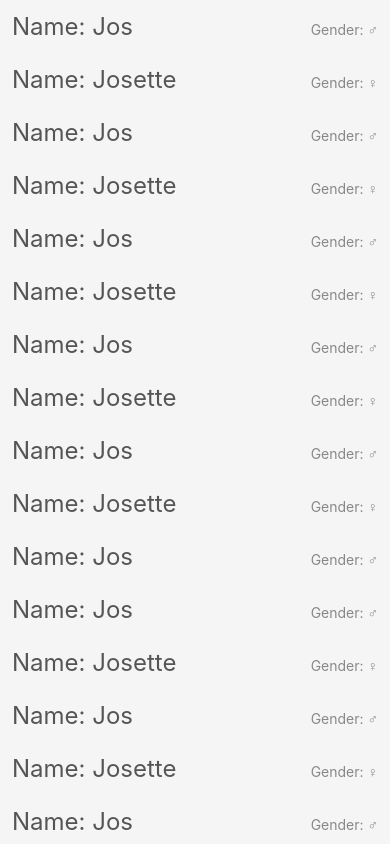
Repository: kfrancois/Bachelorproef-Apps
Screen: / (app in React Native/ListApp/.vscode/)
The author's editor kept a copy of each file at every save. The screen is drawn from the files as they stood at one save, then again after a run of saves.
An inner scrolling area shows only its first screen. The app was drawn by React Native's web renderer in a window 390 px wide. The project was rebuilt for these pictures with package versions that can differ from the ones it lists, and the page was loaded fresh each time.

Above is the screen before, as saved 2018-04-23 15:08:22.

### React Native/ListApp/.vscode/App.js
import React, { Component } from 'react';
import MyListView from './src/listView';

// type Props = {};
export default class App extends Component {
  render() {
    return <MyListView />;
  }
}

### React Native/ListApp/.vscode/src/listView.js
import React, { Component } from 'react';
import { View, FlatList, Text, SafeAreaView, StyleSheet } from 'react-native';
import items from './items';
import Row from './row';

export default class MyListView extends Component {
  render() {
    return (
      <SafeAreaView style={{ flex: 1, backgroundColor: 'whitesmoke' }}>
        <FlatList
          style={styles.idk}
          contentContainerStyle={styles.container}
          data={items}
          renderItem={data => {
            return <Row item={data.item} />;
          }}
        />
      </SafeAreaView>
    );
  }
}

const styles = StyleSheet.create({
  idk: {
    flex: 1,
    backgroundColor: 'whitesmoke'
  },
  container: {
    flexGrow: 1,
    justifyContent: 'space-between'
  },
  item: {
    padding: 10,
    fontSize: 18,
    height: 44
  }
});

### React Native/ListApp/.vscode/src/items.js
const items = [
  { key: '0', name: 'Jos', gender: '♂' },
  { key: '1', name: 'Josette', gender: '♀' },
  { key: '2', name: 'Jos', gender: '♂' },
  { key: '3', name: 'Josette', gender: '♀' },
  { key: '4', name: 'Jos', gender: '♂' },
  { key: '5', name: 'Josette', gender: '♀' },
  { key: '6', name: 'Jos', gender: '♂' },
  { key: '7', name: 'Josette', gender: '♀' },
  { key: '8', name: 'Jos', gender: '♂' },
  { key: '9', name: 'Josette', gender: '♀' },
  { key: '10', name: 'Jos', gender: '♂' },
  { key: '11', name: 'Jos', gender: '♂' },
  { key: '12', name: 'Josette', gender: '♀' },
  { key: '13', name: 'Jos', gender: '♂' },
  { key: '14', name: 'Josette', gender: '♀' },
  { key: '15', name: 'Jos', gender: '♂' },
  { key: '16', name: 'Josette', gender: '♀' },
  { key: '17', name: 'Jos', gender: '♂' },
  { key: '18', name: 'Josette', gender: '♀' },
  { key: '19', name: 'Jos', gender: '♂' },
  { key: '20', name: 'Josette', gender: '♀' },
  { key: '21', name: 'Jos', gender: '♂' },
  { key: '22', name: 'Josette', gender: '♀' },
  { key: '23', name: 'Jos', gender: '♂' },
  { key: '24', name: 'Josette', gender: '♀' },
  { key: '25', name: 'Jos', gender: '♂' },
  { key: '26', name: 'Josette', gender: '♀' },
  { key: '27', name: 'Jos', gender: '♂' },
  { key: '28', name: 'Josette', gender: '♀' },
  { key: '29', name: 'Jos', gender: '♂' },
  { key: '30', name: 'Josette', gender: '♀' },
  { key: '31', name: 'Jos', gender: '♂' },
  { key: '32', name: 'Josette', gender: '♀' },
  { key: '33', name: 'Jos', gender: '♂' },
  { key: '34', name: 'Josette', gender: '♀' },
  { key: '35', name: 'Jos', gender: '♂' },
  { key: '36', name: 'Josette', gender: '♀' },
  { key: '37', name: 'Jos', gender: '♂' },
  { key: '38', name: 'Josette', gender: '♀' },
  { key: '39', name: 'Jos', gender: '♂' },
  { key: '40', name: 'Josette', gender: '♀' },
  { key: '41', name: 'Jos', gender: '♂' },
  { key: '42', name: 'Josette', gender: '♀' },
];

export default items;

### React Native/ListApp/.vscode/src/row.js
import React from 'react';
import { View, Text, StyleSheet } from 'react-native';

const styles = StyleSheet.create({
  container: {
    padding: 12,
    flexDirection: 'row',
    justifyContent: 'space-between',
    alignItems: 'baseline',
    alignSelf: 'stretch'
  },
  rowHeading: {
    fontSize: 24,
    color: '#555'
  },
  rowText: {
    fontSize: 14,
    color: '#888'
  }
});

const Row = props => {
  const item = props.item;
  const { name, gender } = item;
  return (
    <View style={styles.container}>
      <Text style={styles.rowHeading}>Name: {name}</Text>
      <Text style={styles.rowText}>Gender: {gender}</Text>
    </View>
  );
};

export default Row;

After the next 2 saves:
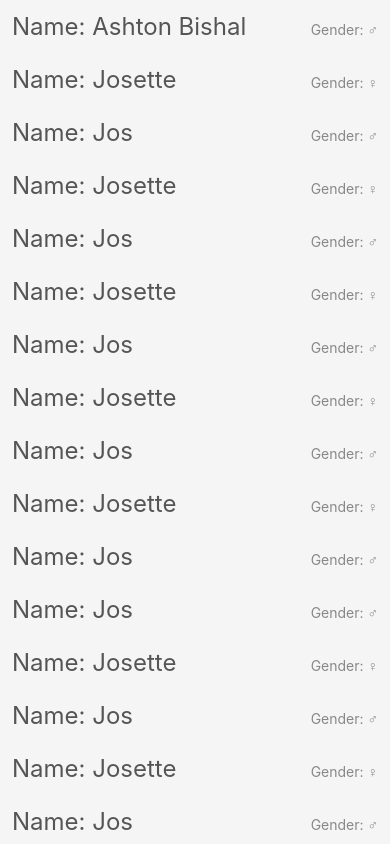
The 2 saves are shown as one change because 1 did not build or start.
The last was saved 2 min 18 s later.
--- a/React Native/ListApp/.vscode/src/items.js
+++ b/React Native/ListApp/.vscode/src/items.js
@@ -1,5 +1,5 @@
 const items = [
-  { key: '0', name: 'Jos', gender: '♂' },
+  { key: '0', name: 'Ashton Bishal', gender: '♂' },
   { key: '1', name: 'Josette', gender: '♀' },
   { key: '2', name: 'Jos', gender: '♂' },
   { key: '3', name: 'Josette', gender: '♀' },
@@ -41,7 +41,30 @@ const items = [
   { key: '39', name: 'Jos', gender: '♂' },
   { key: '40', name: 'Josette', gender: '♀' },
   { key: '41', name: 'Jos', gender: '♂' },
-  { key: '42', name: 'Josette', gender: '♀' },
+  { key: '42', name: 'Josette', gender: '♀' }
 ];
 
 export default items;
+
+const a = [
+  { key: '', name: 'Adam Sak', gender: '' },
+  { key: '', name: 'Cody Hydrick', gender: '' },
+  { key: '', name: 'Lee Avant', gender: '' },
+  { key: '', name: 'Neil Yowell', gender: '' },
+  { key: '', name: 'Kirby Constable', gender: '' },
+  { key: '', name: 'Toney Degree', gender: '' },
+  { key: '', name: 'Emmanuel Allgood', gender: '' },
+  { key: '', name: 'Coleman Rispoli', gender: '' },
+  { key: '', name: 'Gilbert Salser', gender: '' },
+  { key: '', name: 'Arnoldo Billick', gender: '' },
+  { key: '', name: 'Lucien Mucci', gender: '' },
+  { key: '', name: 'Brock Renshaw', gender: '' },
+  { key: '', name: 'Burt Bonebrake', gender: '' },
+  { key: '', name: 'Clifford Mendell', gender: '' },
+  { key: '', name: 'Kenton Sander', gender: '' },
+  { key: '', name: 'Edmundo Wainwright', gender: '' },
+  { key: '', name: 'Emilio Kirtley', gender: '' },
+  { key: '', name: 'Brandon Mccollom', gender: '' },
+  { key: '', name: 'Boris Pelchat', gender: '' },
+  { key: '', name: 'Jed Todaro', gender: '' }
+];
